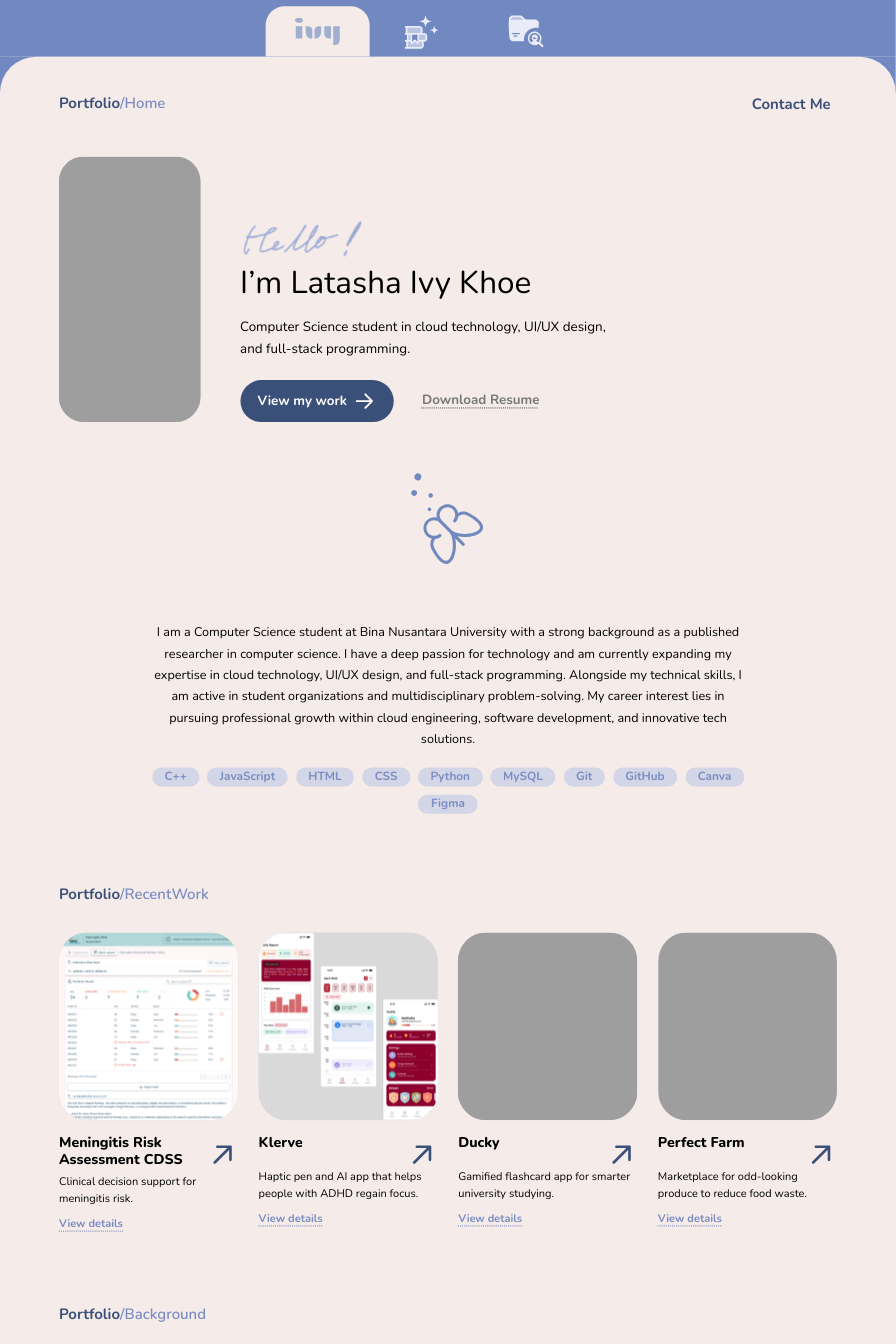
Repository: L-vy/L-vy
Page: /
These files come from the project's save history. The page is drawn as it stood at one moment and after the next save; the edit follows.
The browser window is 1280 px wide. The pictures show the part of the page from y = 0 to 1920 px (the page is 3226 px tall), at 70% of full size.
Pictures or frames that could not be fetched are drawn as grey boxes. Some web fonts or font styles are not loaded; a fallback is used. The project was rebuilt for these pictures with package versions that can differ from the ones it lists, and the page was loaded fresh each time. Also part of the build but not shown: vite.config.ts, src/components/ExperienceBinder.tsx, src/components/FolderCard.tsx, src/components/ProjectSidebar.tsx, src/pages/ProjectDetails.tsx.

Above is the page before, as saved 2026-10-07 21:18:52.

### index.html
<!doctype html>
<html lang="en">
  <head>
    <meta charset="UTF-8" />
    <meta name="viewport" content="width=device-width, initial-scale=1.0" />
    <meta name="description" content="Portfolio of Latasha Ivy Khoe, Computer Science student specializing in Cloud Technology, UI/UX design and full-stack development." />
    <meta name="theme-color" content="#7288c1" />
    <link rel="icon" href="/images/ivy-logo.svg" />
    <link rel="preconnect" href="https://fonts.googleapis.com" />
    <link rel="preconnect" href="https://fonts.gstatic.com" crossorigin />
    <link href="https://fonts.googleapis.com/css2?family=Nunito:ital,wght@0,400;0,600;0,700;0,800;1,400&family=Playwrite+US+Modern:wght@100..400&display=swap" rel="stylesheet" />
    <title>Latasha Ivy Khoe | Portfolio</title>
  </head>
  <body>
    <div id="root"></div>
    <script type="module" src="/src/main.tsx"></script>
  </body>
</html>

### src/main.tsx
import { StrictMode } from 'react'
import { createRoot } from 'react-dom/client'
import App from './App'
import './styles.css'
createRoot(document.getElementById('root')!).render(<StrictMode><App /></StrictMode>)

### src/App.tsx
import { BrowserRouter, Route, Routes } from 'react-router-dom'
import Home from './pages/Home'
import ProjectDetails from './pages/ProjectDetails'
import CursorCircle from './components/CursorCircle'
export default function App() {
  return (
    <BrowserRouter>
      <CursorCircle />
      <Routes>
        <Route path="/" element={<Home />} />
        <Route path="/recentworks/:id" element={<ProjectDetails />} />
        <Route path="*" element={<Home />} />
      </Routes>
    </BrowserRouter>
  )
}

### src/styles.css
/* Sizes are authored at design scale (16px = 1rem) and rendered at 75% via html{font-size:75%}. */
:root{--blue:#7288c1;--cream:#f5ecea;--ink:#3b5078;--peri:#7a8cc2;--light:#a9b5e0;--bar:#9fadd1;--pill:#d3d6e6;--panel:#d1d4e3;--ph:#d9d9d9;--txt:#000;--gut:max(3.5rem,calc((100% - 68.75rem)/2 + 3.5rem));color-scheme:light}
html{font-size:75%}
*{box-sizing:border-box}
body{margin:0;background:var(--cream);color:var(--txt);font-family:'Nunito',system-ui,sans-serif;line-height:1.4}
h1,h2,h3,p,ul{margin:0}
ul{padding:0;list-style:none}
a{color:inherit}
button{font-family:inherit;cursor:pointer}
img{max-width:100%}
:focus-visible{outline:3px solid var(--ink);outline-offset:3px}
.fx{font-family:'Playwrite US Modern','Nunito',cursive;font-weight:400}
.nav{position:relative;height:4.5rem;background:var(--blue)}
.nav::after{content:'';position:absolute;left:0;right:0;top:100%;height:2.875rem;background:var(--blue)}
.nav-tabs{max-width:68.75rem;margin:0 auto;height:100%;display:flex;align-items:flex-end;padding-left:28%}
.nav-tab{width:8.25rem;height:4rem;border:0;background:none;color:#e9ecf7;display:grid;place-items:center;padding:0;transition:opacity .25s}
.nav-tab:hover{opacity:.8}
.nav-tab.active{background:var(--cream);border-radius:1.5rem 1.5rem 0 0;color:var(--light);opacity:1}
.nav-tab img{height:2.125rem}
.page{position:relative;z-index:1;background:var(--cream);border-radius:2.875rem 2.875rem 0 0;padding:0 var(--gut);justify-content: center;}
.section{padding-top:5.625rem}
.hero{position:relative;padding-top:2.875rem}
.hero-top{display:flex;justify-content:space-between;align-items:center}
.path{font-size:1.1875rem;font-weight:600;color:var(--peri)}
.path b{color:var(--ink);font-weight:700}
.crumb{background:none;border:0;padding:0;font:inherit;color:inherit}
.crumb:hover{text-decoration:underline dotted;text-underline-offset:0.25rem}
.contact-link{background:none;border:0;font-size:1.1875rem;font-weight:700;color:var(--ink)}
.hero-grid{display:grid;grid-template-columns:135px 1fr;gap:3.125rem;align-items:flex-end;margin-top:3.25rem}
.hero-photo{width: 100%;max-width: 135px;aspect-ratio: 200 / 375;object-fit:cover;background:var(--ph);border-radius:2rem;transition:transform .3s}
.hero-photo:hover{transform:rotate(-1.2deg) scale(1.015)}
.hello{height:3.375rem;width:auto;display:block}
h1{margin-top:0.25rem;font:400 2.5rem/1.35 'Playwrite US Modern','Nunito',cursive}
.lead{max-width:30rem;font-size:1.0625rem;line-height:1.6;margin-top:0.875rem}
.lead.sm{font-size:0.9375rem;max-width:none;margin-top:1.25rem}
.actions{display:flex;align-items:center;gap:2.25rem;margin-top:1.625rem;flex-wrap:wrap}
.btn{display:inline-flex;align-items:center;gap:0.5rem;background:var(--ink);color:#fff;border:0;border-radius:62.4375rem;padding:0.75rem 1.375rem;font-size:1.0625rem;font-weight:700;transition:transform .25s}
.btn:hover{transform:translateY(-2px)}
.btn.blue{background:var(--blue);font-size:1.1875rem;padding:0.875rem 1.75rem}
.link-dotted{text-decoration:underline dotted;text-underline-offset:0.25rem;font-weight:700}
.link-dotted.grey{color:#777;font-size:1.0625rem}
.butterfly{display:block;margin:4rem auto 0;width:6rem}
.intro{max-width:47.5rem;margin:4.375rem auto 0;text-align:center}
.intro-text{font-size:1rem;line-height:1.7}
.pills{display:flex;flex-wrap:wrap;gap:0.625rem;justify-content:center;margin-top:1.375rem}
.pills.left{justify-content:flex-start}
.pill{border-radius:24rem;padding:0.1rem 1rem;font-weight:700;font-size:0.9375rem;background:var(--pill);color:var(--peri)}
.pill.solid-outline{background:none;border:1.5px solid var(--peri);font-size:1rem}
.reveal{opacity:0;transform:translateY(0.875rem);transition:opacity .6s,transform .6s}
.reveal.in{opacity:1;transform:none}
.fill{height:100%}
.cards{display:grid;grid-template-columns:repeat(4,1fr);gap:1.625rem;margin-top:2.125rem}
.card{display:flex;flex-direction:column;min-width:0}
.card-img{display:block;aspect-ratio:400/420;border-radius:2.25rem;overflow:hidden;background:var(--ph);transition:transform .3s}
.card-img img{width:100%;height:100%;object-fit:cover;display:block}
.card:hover .card-img{transform:rotate(-1.2deg) scale(1.015)}
.card-title{display:flex;justify-content:space-between;align-items:flex-start;gap:0.5rem;margin-top:1rem;color:var(--ink)}
.card-title .icon{flex:none}
.clamp{font-size:1.125rem;font-weight:800;line-height:1.3;color:var(--txt);display:-webkit-box;-webkit-line-clamp:2;-webkit-box-orient:vertical;overflow:hidden}
.card-sum{font-size:0.875rem;line-height:1.5;margin-top:0.375rem}
.card-links{margin-top:0.625rem}
.card-links .link-dotted{color:var(--peri);font-size:0.875rem}
.tabbar{position:relative;background:var(--bar);border-radius:62.4375rem;padding:0.375rem 0.5rem;display:flex;justify-content:center;gap:0.75rem;margin-top:2.125rem;box-shadow:0 0.5rem 0.875rem -0.375rem rgba(60,70,110,.35)}
.tabwrap{position:relative;width:min(9.375rem,22%)}
.tab{width:100%;border:0;border-radius:62.4375rem;padding:0.5rem 0;font-size:1rem;font-weight:700;background:var(--pill);color:#8f9dcf;transition:background .25s,color .25s}
.tab.on{background:#fff;color:var(--ink)}
.pointer{position:absolute;left:50%;bottom:-1.25rem;margin-left:-0.5625rem;border:0.5625rem solid transparent;border-top:0;border-bottom:0.8125rem solid var(--ink)}
.panel{margin-top:2.75rem;background:var(--panel);border-radius:1.375rem;height:30.625rem;box-shadow:0 0.375rem 1rem -0.5rem rgba(60,70,110,.3);transition:background .3s,box-shadow .3s}
.panel.bound{background:transparent;box-shadow:none}
.banner{height:100%;display:flex;flex-direction:column;gap:2.125rem;padding:1.875rem 2.125rem 2.5rem}
.banner-img{flex:1;min-height:0;width:100%;object-fit:cover;background:var(--ph);border-radius:2.25rem;transition:transform .3s}
.banner:hover .banner-img{transform:rotate(-1.2deg) scale(1.015)}
.tx{padding-left:0.4375rem}
.tx h2{font-size:1.625rem;line-height:1.4}
.tx h3{margin-top:2px;font-size:1.1875rem;font-weight:700}
.tx p{margin-top:0.375rem;font-style:italic;font-size:0.9375rem}
.folders{height:100%;display:grid;grid-template-columns:1fr 1fr;gap:1.5rem;padding:1.75rem 2rem}
.folder{--rim:#3b5078;--body:#f3f3f9;background:var(--rim);border-radius:1.875rem;padding:1.5px;display:flex;flex-direction:column;overflow:hidden}
.media{height:11.875rem;margin-bottom:-2.5rem;flex:none;position:relative;overflow:hidden;border-radius:1.78125rem 1.78125rem 0 0;background:var(--ph)}
.media>*{display:block;width:100%;height:100%;object-fit:cover;background:var(--ph);transform:scale(1.06);transition:transform .3s}
.folder:hover .media>*{transform:rotate(-1.2deg) scale(1.1)}
.rest{flex:1;position:relative;z-index:1;background:var(--body);border-radius:0 1.78125rem 1.78125rem 1.78125rem;padding:0 1.375rem 1.125rem;display:flex;flex-direction:column}
.rest .tab{position:absolute;left:0;top:-2.25rem;width:80%;height:2.3125rem;padding:0;border-radius:1.25rem 1.25rem 0 0;background:var(--body)}
.rest .tab::after{content:'';position:absolute;right:-1.25rem;bottom:0;width:1.25rem;height:1.25rem;background:radial-gradient(circle at 100% 0,transparent 1.21875rem,var(--body) 1.25rem)}
.head{position:relative;margin-top:-1.375rem}
.head::before{content:'';float:right;width:24%;height:1rem}
.head b{display:-webkit-box;-webkit-line-clamp:3;-webkit-box-orient:vertical;overflow:hidden;font-size:1.0625rem;font-weight:800;line-height:1.25}
.head span{display:block;font-size:0.9375rem;color:#6f748f;margin-top:2px}
.folder p{margin-top:0.75rem;font-size:0.84375rem;font-style:italic;line-height:1.5;display:-webkit-box;-webkit-line-clamp:4;-webkit-box-orient:vertical;overflow:hidden}
.foot{margin-top:auto;padding-top:0.625rem;display:flex;justify-content:space-between;align-items:center;min-height:2.75rem}
.foot strong{font-size:1.5625rem;line-height:1.3}
.go{display:grid;place-items:center;width:2.5rem;height:2.5rem;border-radius:50%;background:var(--ink);color:#fff;transition:transform .25s}
.go:hover{transform:translate(2px,-2px)}
.exp{position:relative;height:100%}
.plate{position:absolute;left:0;top:0;bottom:0;width:8.125rem;background:#c9cde0;border-radius:1.625rem 0 0 1.625rem;box-shadow:0 0.625rem 1.125rem -0.625rem rgba(60,70,110,.4)}
.rail{position:absolute;left:0;top:4.4375rem;width:3.75rem;height:0;z-index:2}
.rail button{position:absolute;left:0.8125rem;top:calc(var(--i)*4.5rem);width:2.9375rem;height:5.25rem;z-index:calc(var(--i) + 1);border:0;background:var(--c);color:#fff;border-radius:1.125rem 0 0 1.125rem;display:grid;place-items:center;padding:0;transition:left .25s,width .25s}
.rail button:hover,.rail button[aria-selected=true]{left:0.4375rem;width:3.3125rem}
.rail button[aria-selected=true]{z-index:10}
.fcard{--acc:#9fadd1;position:absolute;left:3.75rem;right:0;top:0;bottom:0;background:var(--cream);border:2.5px solid var(--acc);border-radius:1.625rem;box-shadow:0 0.625rem 1.25rem -0.625rem rgba(60,70,110,.4);padding:1.375rem 1.75rem 1.375rem 1.875rem;overflow:hidden;transition:border-color .35s}
.pg{position:relative;height:100%;display:grid;grid-template-columns:1fr 1fr;grid-template-rows:auto 1fr;column-gap:3.5rem;animation:in .4s ease both}
@keyframes in{from{opacity:0;transform:translateY(0.5rem)}to{opacity:1;transform:none}}
.lab{grid-column:1/-1;font-size:0.8125rem}
.col{display:flex;flex-direction:column;min-width:0}
.col.end{align-self:end;padding-bottom:0.625rem}
.t{font-size:1.6875rem;font-weight:800;color:var(--ttl);line-height:1.2;margin-top:1.75rem}
.col.end .t{margin-top:0}
.sub{font-size:1.25rem;color:var(--ttl);margin-top:0.375rem}
.d{font-size:0.875rem;line-height:1.55;margin-top:1rem;font-style:italic}
.h{font-size:0.8125rem;margin:1.375rem 0 0.375rem}
.col ul{padding-left:1.25rem;font-size:0.84375rem;line-height:1.55;list-style:disc}
.stack,.zig{position:relative;margin-top:auto}
.stack{height:8rem}
.zig{margin-top:0.875rem}
.sp{position:absolute;display:block;width:62%;height:7.375rem;object-fit:cover;background:var(--ph);border:1px solid var(--txt);border-radius:1.625rem;transform:rotate(var(--r));transition:transform .3s}
.sp:hover{z-index:9;transform:rotate(calc(var(--r)*-1)) translateY(-0.3125rem) scale(1.03)}
.stack .sp:nth-child(1){--r:-2deg;left:0;top:0.375rem}
.stack .sp:nth-child(2){--r:1.5deg;left:20%;top:0.75rem}
.stack .sp:nth-child(3){--r:-1deg;left:38%;top:0}
.zig .sp{width:70%;height:7.5625rem}
.zig .sp:nth-child(1){--r:1deg;left:0;top:0}
.zig .sp:nth-child(2){--r:-1deg;left:44%;top:7rem}
.zig .sp:nth-child(3){--r:1deg;left:-1%;top:14.125rem}
.p1{left:47%;top:0.5rem;width:29%;height:8.4375rem;--r:1deg}
.p2{left:66%;top:4.875rem;width:27%;height:auto;aspect-ratio:210/297;--r:-1deg}
.contact{text-align:center;padding:5.75rem 0 6.25rem}
.contact h2{font-size:2.25rem;font-weight:400}
.contact b{font-weight:800}
.contact .btn{margin-top:1.375rem}
.footer{background:var(--blue);color:#eef0fa;padding:3.25rem var(--gut) 2.5rem;display:flex;justify-content:space-between;align-items:flex-end;gap:1.875rem;flex-wrap:wrap;min-height:14.375rem}
.footer ul{display:flex;gap:2.75rem;align-self:flex-start}
.ci{display:block;color:#dfe4f6;transition:transform .25s}
.ci:hover,.ci.pulse{transform:translateY(-0.25rem) scale(1.12)}
.footer-by{text-align:right;line-height:2;font-size:1rem}
/* .detail{border-radius:0 0 2.875rem 2.875rem;padding-top:2.875rem;padding-bottom:4.375rem} */
.detail{flex:1;min-width:0;min-height:100vh;border-radius:0 3rem 3rem 0;padding-top:2.875rem;padding-bottom:4.375rem}
.detail-grid{display:grid;grid-template-columns:1fr 1fr;gap:3.5rem;align-items:center;margin-top:2.875rem}
.detail-title{margin:0;font:800 2rem/1.3 'Nunito',sans-serif}
.detail .pills{margin-top:1.375rem}
/* ---------- Project detail: left sidebar ---------- */
.detail-shell{display:flex;min-height:100vh;background:var(--blue)}
.side{position:sticky;top:0;align-self:flex-start;flex:none;width:5.375rem;height:100vh;display:flex;flex-direction:column;padding:6rem 0 9.875rem}

/* step indicators 01–04 */
.steps{align-self:flex-start;display:grid;gap:0.5rem}
.step{display:grid;place-items:center;width:4.3125rem;height:4.4375rem;border-radius:0 1.25rem 1.25rem 0;background:transparent;color:var(--light);font-size:1.2rem;text-decoration:none;transition:opacity .25s}
.step:not(.on):hover{opacity:.8}
.step.on{background:var(--cream);color:var(--light);text-decoration:underline dotted;text-underline-offset:0.375rem}   /* RULE 2 */

/* vertical Previous / Next */
.side-nav{margin-top:3rem;align-self:flex-start;width:4.3125rem;display:flex;flex-direction:column;align-items:center;gap:1.75rem}
.side-btn{writing-mode:vertical-rl;transform:rotate(0deg);color:var(--cream);font-size:1rem;font-weight:600;line-height:1;text-decoration:none;transition:opacity .2s}   /* white by default */
a.side-btn:hover{opacity:.8}
.side-btn.edge{color:var(--light)}   /* RULE 3 */
.meta{margin-bottom:0.875rem;font-size:1.25rem;font-weight:400;color:var(--ink)}
.contrib{margin:1.125rem 0 0.5rem;font:400 0.9375rem 'Playwrite US Modern','Nunito',cursive;color:var(--peri)}
.contrib-list {position: relative;padding-left: 1.25rem;display: grid;gap: 0.75rem;font-size: 0.90625rem;}
.contrib-list::before {content: '';position: absolute;left: 0;top: 0.25rem;bottom: 0.25rem;width: 2px;background-color:var(--light);border-radius: 9999px;}
/* .contrib-list{border-left:3px solid var(--light);border-top-left-radius: 4px;border-bottom-left-radius: 4px;padding-left:0.875rem;display:grid;gap:0.75rem;font-size:0.90625rem} */
/* .contrib-list li{display:flex;gap:0.875rem;align-items:center}
.contrib-list li::before{content:'';width:0.75rem;height:0.75rem;flex:none;border-radius:50%;border:3px solid var(--peri)} */
.detail-links{display:flex;gap:0.75rem;flex-wrap:wrap;margin-top:1.375rem}
/* .detail-links .pill{background:none;border:2px solid var(--light);color:var(--peri);padding:0.375rem 1.25rem;font:400 0.875rem 'Playwrite US Modern','Nunito',cursive;text-decoration:underline dotted;text-underline-offset:0.25rem} */
.detail-links .pill{background:none;border:2px solid var(--light);color:var(--peri);padding:0.375rem 1.25rem;font-family:inherit;font-size:0.9375rem;font-weight:700;text-decoration:underline dotted;text-underline-offset:0.25rem}
.proto{margin:0}
/* .proto img{display:block;width:100%;aspect-ratio:1/1.08;object-fit:cover;background:var(--ph);border:3px solid var(--ink);border-radius:3rem;transition:transform .3s} */
.proto img {  border: 0;  outline: 0;  border-radius: 15px;}
.proto img:hover{transform:rotate(1.2deg) scale(1.015)}
.proto figcaption{text-align:center;font-weight:500;font-size:0.9375rem;color:var(--ink);margin-top:1rem}
/* .pager{background:var(--blue);margin-top:-2.875rem;padding:5.5rem var(--gut) 1.5rem;display:flex;justify-content:center;gap:3.5rem} */
/* .pager-btn{margin-top:-3rem;height:3.25rem;display:grid;place-items:center;color:#fff;font-weight:700;font-size:1.125rem;text-decoration:none;transition:opacity .2s} */
/* .pager-btn.prev{background:var(--cream);color:var(--ink);padding:0 2.125rem;border-radius:0 0 1.5rem 1.5rem}
.pager-btn.off{opacity:.5}
.pager-btn.prev.off{opacity:1;color:var(--light)} */
/* .pager-btn.hang{background:var(--cream);color:var(--ink);padding:0 2.125rem;border-radius:0 0 1.5rem 1.5rem} */
/* .pager-btn.off{opacity:.5} */
/* .pager-btn.hang.off{opacity:1;color:var(--light)} */
.cursor-circle{position:fixed;left:0;top:0;width:4rem;height:4rem;border-radius:50%;background:rgba(114,136,193,.28);pointer-events:none;z-index:50;transform:translate(-6.25rem,-6.25rem) scale(0);transition:transform .18s}
@media (max-width:960px)
{.cards{grid-template-columns:1fr 1fr}.nav-tabs{padding-left:4%}.nav-tab{width:6rem}}
@media (max-width:760px)
{.page{border-radius:1.875rem 1.875rem 0 0;padding:0 1.25rem}.hero-grid,.detail-grid{grid-template-columns:1fr;gap:1.75rem}.hero-photo{max-width:16.25rem}h1{font-size:1.875rem}.detail-title{font-size:1.5625rem}.cards{grid-template-columns:1fr}.tab{font-size:0.75rem}.tabbar{gap:0.375rem}.pointer{display:none}.panel{height:auto}.banner{padding:1.125rem;gap:1.5rem}.banner-img{flex:none;height:11.875rem}.folders{grid-template-columns:1fr;padding:1.125rem}.folder{min-height:23.75rem}.contact h2{font-size:1.6875rem}.footer ul{gap:1.375rem}.footer-by{text-align:left}.plate{display:none}.fcard{position:static;padding:1.25rem 1.125rem;border-radius:1.375rem}.exp{height:auto}.rail{position:static;height:auto;display:flex;gap:0.375rem;padding-left:0.625rem}.rail button,.rail button:hover,.rail button[aria-selected=true]{position:static;width:3.5rem;height:2.875rem;border-radius:0.875rem 0.875rem 0 0}.pg{display:flex;flex-direction:column;gap:0.875rem;height:auto}.col.end{padding:0}.stack,.zig{height:auto;display:grid;gap:0.625rem;margin-top:0.625rem}.pg .sp{position:static;width:100%;height:6.875rem}.pg .p2{height:auto;width:58%;align-self:center}
.detail-shell{flex-direction:column;min-height:0}
.side{position:static;width:auto;height:auto;flex-direction:row;justify-content:space-between;align-items:flex-start;padding:0 1.25rem 1rem}
.steps{display:flex;gap:0.5rem;align-self:flex-start}
.step{width:3rem;height:3rem;font-size:1.25rem;border-radius:0 0 1rem 1rem}
.side-nav{width:auto;flex-direction:row;align-self:center;gap:1.25rem}
.side-btn{writing-mode:horizontal-tb;transform:none;font-size:1rem}
.detail{border-radius:0 0 1.875rem 1.875rem;min-height:0}}

@media (prefers-reduced-motion:reduce){*{transition:none!important;animation:none!important}}

### src/components/Skills.tsx
import { site } from '../data/site'
import Reveal from './Reveal'
export default function Skills() {
  return (
    <Reveal className="intro">
      <p className="intro-text">{site.about}</p>
      <ul className="pills" aria-label="Skills">{site.skills.map(s => <li key={s} className="pill">{s}</li>)}</ul>
    </Reveal>
  )
}

### src/components/RecentWorks.tsx
import { projects } from '../data/projects'
import ProjectCard from './ProjectCard'
import Reveal from './Reveal'
export default function RecentWorks() {
  return (
    <section id="recent-works" className="section">
      <p className="path"><b>Portfolio</b>/RecentWork</p>
      <Reveal className="cards">{projects.slice(0, 4).map(p => <ProjectCard key={p.id} p={p} />)}</Reveal>
    </section>
  )
}

### src/components/ContactSection.tsx
import Icon from './Icon'
import { useGoTo } from './useGoTo'
export default function ContactSection() {
  const go = useGoTo()
  return (
    <section id="contact" className="contact">
      <h2>Interested in <b>Working Together?</b></h2>
      <button className="btn blue" onClick={() => go('contact', true)}>Get in Touch <Icon name="butterfly-cursor" size={34} /></button>
    </section>
  )
}

### src/components/useGoTo.ts
import { useLocation, useNavigate } from 'react-router-dom'
export const pulseContact = () => window.dispatchEvent(new Event('contact-pulse'))
export function scrollToId(id: string) {
  if (id === 'contact') { window.scrollTo({ top: document.documentElement.scrollHeight, behavior: 'smooth' }); return }
  document.getElementById(id)?.scrollIntoView({ behavior: 'smooth', block: 'start' }) }
/** Navigate to a section on the home page from anywhere. */
export function useGoTo() {
  const nav = useNavigate(); const { pathname } = useLocation()
  return (id: string, pulse = false) => {
    if (pathname === '/') { scrollToId(id); if (pulse) setTimeout(pulseContact, 700) }
    else nav('/', { state: { scrollTo: id, pulse } })
  }
}

### src/components/Icon.tsx
export default function Icon({ name, size = 24, raw = false }: { name: string; size?: number; raw?: boolean }) {
  if (raw) return <img className="icon" src={`/icons/${name}.svg`} alt="" width={size} height={size} />
  const mask = `url(/icons/${name}.svg) center / contain no-repeat`
  return <span className="icon" aria-hidden="true" style={{ display: 'inline-block', width: size, height: size, backgroundColor: 'currentColor', WebkitMask: mask, mask }} />
}

### src/components/Reveal.tsx
import { useEffect, useRef, useState, type ReactNode } from 'react'
export default function Reveal({ children, className = '' }: { children: ReactNode; className?: string }) {
  const ref = useRef<HTMLDivElement>(null); const [on, setOn] = useState(false)
  useEffect(() => {
    const io = new IntersectionObserver(([e]) => { if (e.isIntersecting) { setOn(true); io.disconnect() } }, { threshold: 0.1 })
    if (ref.current) io.observe(ref.current); return () => io.disconnect()
  }, [])
  return <div ref={ref} className={`reveal ${on ? 'in' : ''} ${className}`}>{children}</div>
}

Loaded but not shown: src/data/projects.ts (42 lines, source omitted); src/data/background.ts (36 lines, source omitted); src/components/Background.tsx (34 lines, source omitted); src/data/site.ts (17 lines, source omitted); src/components/Navbar.tsx (29 lines, source omitted); src/components/Footer.tsx (20 lines, source omitted); src/pages/Home.tsx (27 lines, source omitted); src/components/Hero.tsx (24 lines, source omitted); src/components/CursorCircle.tsx (17 lines, source omitted); src/components/ProjectCard.tsx (17 lines, source omitted)

After the next save:
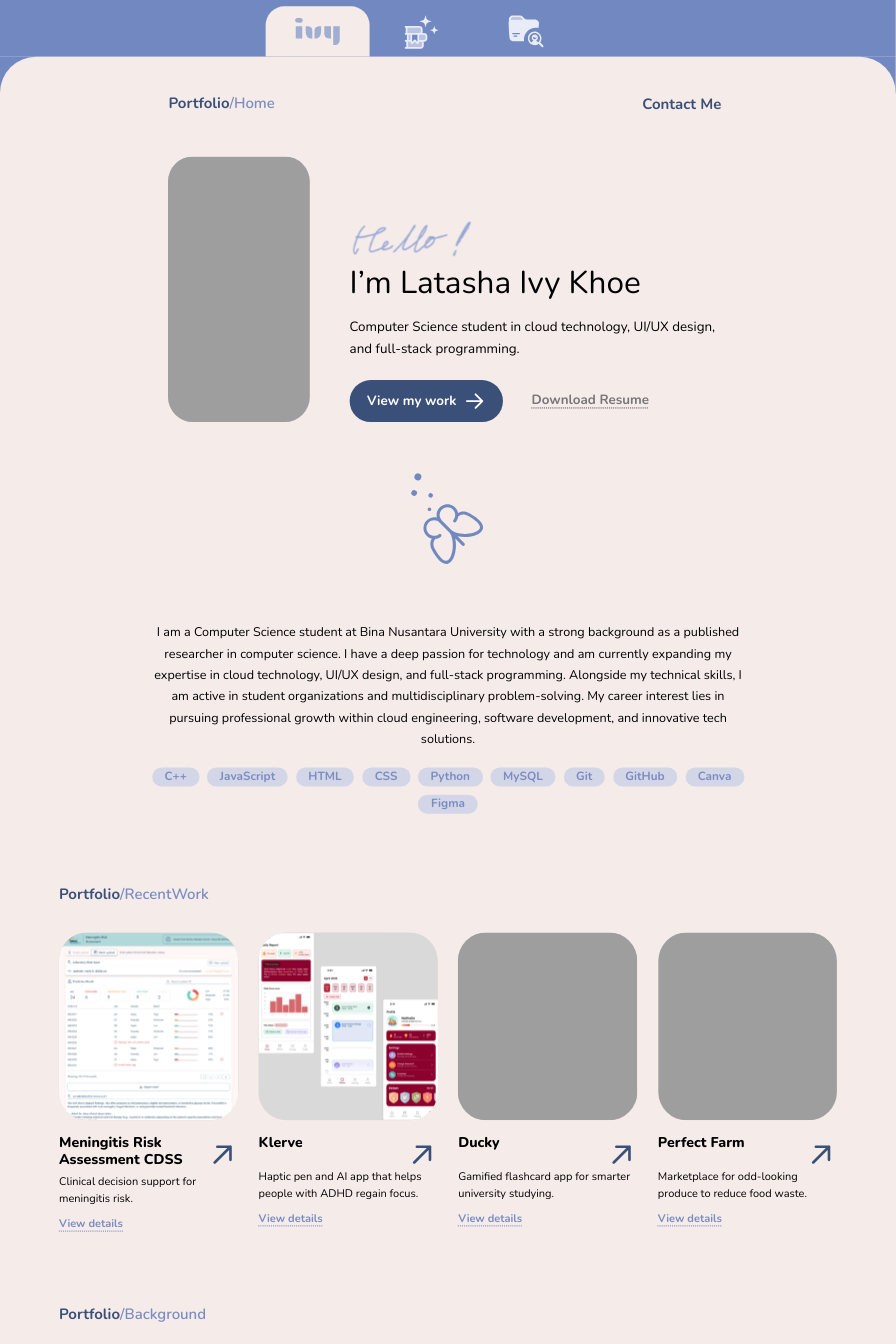
Saved 36 s later.
--- a/src/styles.css
+++ b/src/styles.css
@@ -17,7 +17,7 @@ img{max-width:100%}
 .nav-tab:hover{opacity:.8}
 .nav-tab.active{background:var(--cream);border-radius:1.5rem 1.5rem 0 0;color:var(--light);opacity:1}
 .nav-tab img{height:2.125rem}
-.page{position:relative;z-index:1;background:var(--cream);border-radius:2.875rem 2.875rem 0 0;padding:0 var(--gut);justify-content: center;}
+.page{position:relative;z-index:1;background:var(--cream);border-radius:2.875rem 2.875rem 0 0;padding:0 var(--gut);justify-content: center;display: flex;flex-direction: column;align-items: center;}
 .section{padding-top:5.625rem}
 .hero{position:relative;padding-top:2.875rem}
 .hero-top{display:flex;justify-content:space-between;align-items:center}
